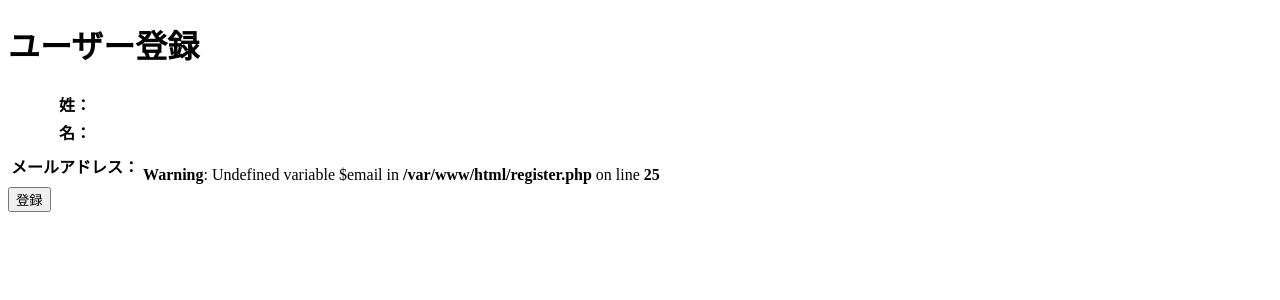
Repository: yoshiryoryo/phpform
Page: http://localhost/register.php
The author's editor kept a copy of each file at every save. The page is drawn from the files as they stood at one save, then again after the next save.
The browser window is 1280 px wide. The pictures show the whole page.
The page is run by PHP 8.4 with error messages shown; the project is at /var/www/html/.

Above is the page before, as saved 2021-02-24 09:56:00.

### register.php
<!DOCTYPE html>
<html lang="en">

<head>
    <meta charset="UTF-8">
    <meta http-equiv="X-UA-Compatible" content="IE=edge">
    <meta name="viewport" content="width=device-width, initial-scale=1.0">
    <title>フォーム</title>
</head>

<body>
    <h1>ユーザー登録</h1>
    <form name="form1" method="post" action="confirm.php">
        <table>
            <tr>
                <th>姓：</th>
                <td><?php $name_1; ?></td>
            </tr>
            <tr>
                <th>名：</th>
                <td><?php $name_2; ?></td>
            </tr>
            <tr>
                <th>メールアドレス：</th>
                <td><?php echo $email; ?></td>
            </tr>
        </table>
        <input id="send" type="submit" value="登録">
    </form>
</body>

</html>

After the next save:
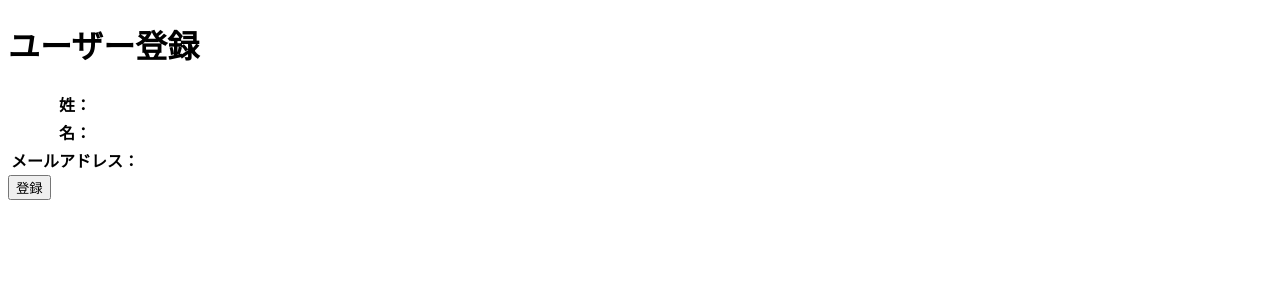
Saved 4 s later.
--- a/register.php
+++ b/register.php
@@ -22,7 +22,7 @@
             </tr>
             <tr>
                 <th>メールアドレス：</th>
-                <td><?php echo $email; ?></td>
+                <td><?php $email; ?></td>
             </tr>
         </table>
         <input id="send" type="submit" value="登録">
